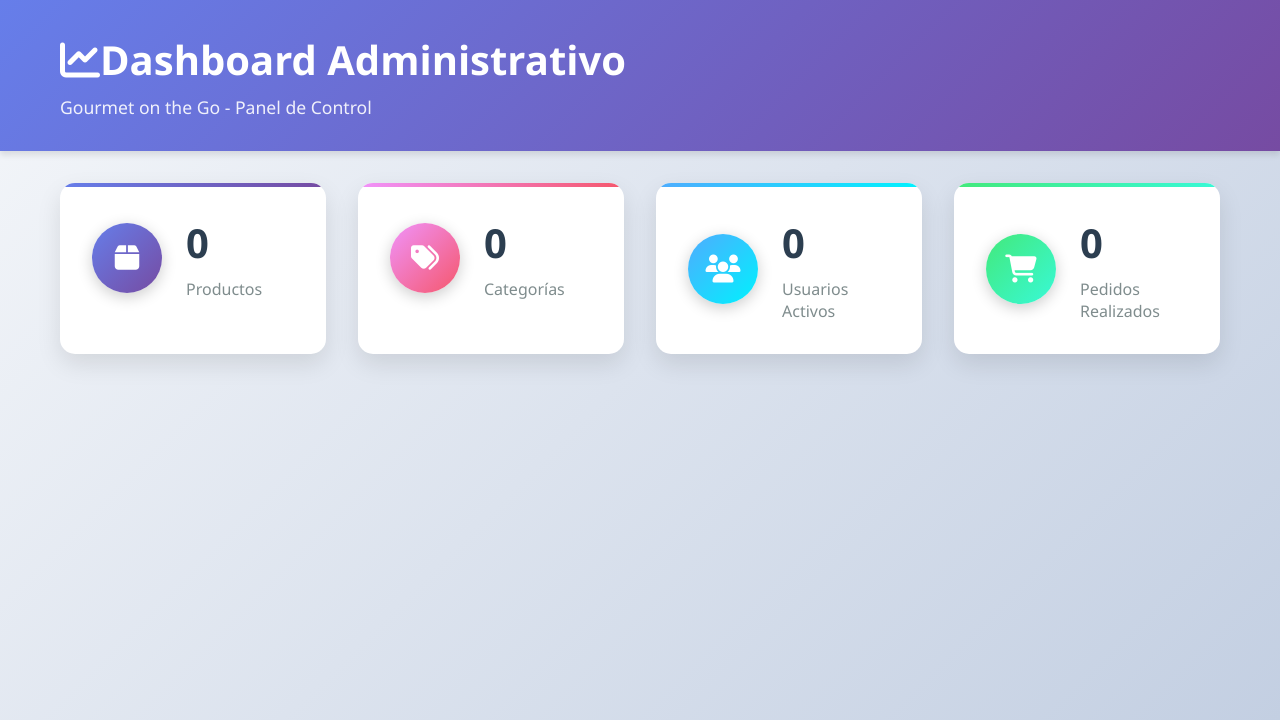
Repository: Kevingedev/Gourmet-on-the-Go
Page: admin/app/dashboard/index.html
The author's editor kept a copy of each file at every save. The page is drawn from the files as they stood at one save, then again after a run of saves.
The browser window is 1280 px wide. The pictures show the whole page.
The page's requests for data from a server got no answer.

Above is the page before, as saved 2026-01-13 13:23:30.

### admin/app/dashboard/index.html
<!DOCTYPE html>
<html lang="es">
<head>
    <meta charset="UTF-8">
    <meta name="viewport" content="width=device-width, initial-scale=1.0">
    <title>Dashboard - Gourmet on the Go</title>
    <link rel="stylesheet" href="https://cdnjs.cloudflare.com/ajax/libs/font-awesome/6.4.0/css/all.min.css">
    <style>
        * {
            margin: 0;
            padding: 0;
            box-sizing: border-box;
        }

        body {
            font-family: 'Segoe UI', Tahoma, Geneva, Verdana, sans-serif;
            background: linear-gradient(135deg, #f5f7fa 0%, #c3cfe2 100%);
            min-height: 100vh;
        }

        .dashboard-header {
            background: linear-gradient(135deg, #667eea 0%, #764ba2 100%);
            color: white;
            padding: 2rem 0;
            margin-bottom: 2rem;
            box-shadow: 0 4px 6px rgba(0,0,0,0.1);
        }

        .container {
            max-width: 1200px;
            margin: 0 auto;
            padding: 0 20px;
        }

        .dashboard-header h1 {
            font-size: 2.5rem;
            font-weight: 700;
            margin-bottom: 0.5rem;
        }

        .dashboard-header p {
            font-size: 1.1rem;
            opacity: 0.9;
        }

        .stats-grid {
            display: grid;
            grid-template-columns: repeat(auto-fit, minmax(250px, 1fr));
            gap: 2rem;
            margin-bottom: 2rem;
        }

        .stat-card {
            background: white;
            border-radius: 15px;
            box-shadow: 0 10px 25px rgba(0,0,0,0.1);
            transition: all 0.3s ease;
            overflow: hidden;
            position: relative;
        }

        .stat-card:hover {
            transform: translateY(-8px);
            box-shadow: 0 15px 35px rgba(0,0,0,0.15);
        }

        .stat-card::before {
            content: '';
            position: absolute;
            top: 0;
            left: 0;
            right: 0;
            height: 4px;
            background: linear-gradient(90deg, var(--gradient-start), var(--gradient-end));
        }

        .stat-body {
            padding: 2rem;
            display: flex;
            align-items: center;
            gap: 1.5rem;
        }

        .stat-icon {
            width: 70px;
            height: 70px;
            border-radius: 50%;
            display: flex;
            align-items: center;
            justify-content: center;
            font-size: 28px;
            color: white;
            flex-shrink: 0;
            box-shadow: 0 4px 15px rgba(0,0,0,0.2);
        }

        .stat-content h3 {
            font-size: 2.5rem;
            font-weight: 700;
            margin-bottom: 0.5rem;
            color: #2c3e50;
        }

        .stat-content p {
            font-size: 1rem;
            color: #7f8c8d;
            margin: 0;
            font-weight: 500;
        }

        .products { --gradient-start: #667eea; --gradient-end: #764ba2; }
        .products .stat-icon { background: linear-gradient(135deg, #667eea 0%, #764ba2 100%); }

        .categories { --gradient-start: #f093fb; --gradient-end: #f5576c; }
        .categories .stat-icon { background: linear-gradient(135deg, #f093fb 0%, #f5576c 100%); }

        .users { --gradient-start: #4facfe; --gradient-end: #00f2fe; }
        .users .stat-icon { background: linear-gradient(135deg, #4facfe 0%, #00f2fe 100%); }

        .orders { --gradient-start: #43e97b; --gradient-end: #38f9d7; }
        .orders .stat-icon { background: linear-gradient(135deg, #43e97b 0%, #38f9d7 100%); }

        .loading {
            text-align: center;
            padding: 3rem;
            background: white;
            border-radius: 15px;
            box-shadow: 0 10px 25px rgba(0,0,0,0.1);
            margin-bottom: 2rem;
        }

        .spinner {
            width: 50px;
            height: 50px;
            border: 4px solid #f3f3f3;
            border-top: 4px solid #667eea;
            border-radius: 50%;
            animation: spin 1s linear infinite;
            margin: 0 auto 1rem;
        }

        @keyframes spin {
            0% { transform: rotate(0deg); }
            100% { transform: rotate(360deg); }
        }

        .error {
            background: #fee;
            color: #c33;
            padding: 1.5rem;
            border-radius: 10px;
            border-left: 4px solid #c33;
            margin-bottom: 2rem;
            display: flex;
            align-items: center;
            gap: 1rem;
        }

        .error i {
            font-size: 1.5rem;
            color: #c33;
        }

        .hidden {
            display: none;
        }

        @media (max-width: 768px) {
            .dashboard-header h1 {
                font-size: 2rem;
            }

            .stats-grid {
                grid-template-columns: 1fr;
                gap: 1.5rem;
            }

            .stat-body {
                padding: 1.5rem;
            }

            .stat-icon {
                width: 60px;
                height: 60px;
                font-size: 24px;
            }

            .stat-content h3 {
                font-size: 2rem;
            }
        }
    </style>
</head>
<body>
    <div class="dashboard-header">
        <div class="container">
            <h1><i class="fas fa-chart-line me-3"></i>Dashboard Administrativo</h1>
            <p class="mb-0">Gourmet on the Go - Panel de Control</p>
        </div>
    </div>

    <div class="container">
        <div class="stats-grid">
            <!-- Products Card -->
            <div class="stat-card products">
                <div class="stat-body">
                    <div class="stat-icon">
                        <i class="fas fa-box"></i>
                    </div>
                    <div class="stat-content">
                        <h3 id="products-count">0</h3>
                        <p>Productos</p>
                    </div>
                </div>
            </div>

            <!-- Categories Card -->
            <div class="stat-card categories">
                <div class="stat-body">
                    <div class="stat-icon">
                        <i class="fas fa-tags"></i>
                    </div>
                    <div class="stat-content">
                        <h3 id="categories-count">0</h3>
                        <p>Categorías</p>
                    </div>
                </div>
            </div>

            <!-- Users Card -->
            <div class="stat-card users">
                <div class="stat-body">
                    <div class="stat-icon">
                        <i class="fas fa-users"></i>
                    </div>
                    <div class="stat-content">
                        <h3 id="users-count">0</h3>
                        <p>Usuarios Activos</p>
                    </div>
                </div>
            </div>

            <!-- Orders Card -->
            <div class="stat-card orders">
                <div class="stat-body">
                    <div class="stat-icon">
                        <i class="fas fa-shopping-cart"></i>
                    </div>
                    <div class="stat-content">
                        <h3 id="orders-count">0</h3>
                        <p>Pedidos Realizados</p>
                    </div>
                </div>
            </div>
        </div>

        <!-- Loading State -->
        <div id="loading" class="loading">
            <div class="spinner"></div>
            <p>Cargando datos del dashboard...</p>
        </div>

        <!-- Error State -->
        <div id="error" class="error hidden">
            <i class="fas fa-exclamation-triangle"></i>
            <span>Error al cargar los datos. Por favor, verifica que el servidor JSON esté corriendo.</span>
        </div>
    </div>

    <script src="https://cdn.jsdelivr.net/npm/bootstrap@5.3.0/dist/js/bootstrap.bundle.min.js"></script>
    <script>
        // API Base URL
        const API_BASE = 'http://localhost:3002';

        // Dashboard data fetching
        async function fetchDashboardData() {
            try {
                // Show loading
                document.getElementById('loading').style.display = 'block';
                document.getElementById('error').classList.add('hidden');

                // Fetch all data
                const [productsRes, categoriesRes, usersRes, ordersRes] = await Promise.all([
                    fetch(`${API_BASE}/products`),
                    fetch(`${API_BASE}/categories`),
                    fetch(`${API_BASE}/users`),
                    fetch(`${API_BASE}/orders`)
                ]);

                // Check if all requests were successful
                if (!productsRes.ok || !categoriesRes.ok || !usersRes.ok) {
                    throw new Error('Error fetching data');
                }

                // Parse JSON data
                const products = await productsRes.json();
                const categories = await categoriesRes.json();
                const users = await usersRes.json();

                // Handle orders (might not exist yet)
                let orders = [];
                if (ordersRes.ok) {
                    orders = await ordersRes.json();
                }

                // Update dashboard counts
                document.getElementById('products-count').textContent = products.length;
                document.getElementById('categories-count').textContent = categories.length;
                document.getElementById('users-count').textContent = users.length;
                document.getElementById('orders-count').textContent = orders.length;

                // Hide loading
                document.getElementById('loading').style.display = 'none';

            } catch (error) {
                console.error('Dashboard Error:', error);
                document.getElementById('loading').style.display = 'none';
                document.getElementById('error').classList.remove('d-none');
            }
        }

        // Initialize dashboard when page loads
        document.addEventListener('DOMContentLoaded', fetchDashboardData);

        // Refresh data every 30 seconds
        setInterval(fetchDashboardData, 30000);
    </script>
</body>
</html>

After the next 2 saves:
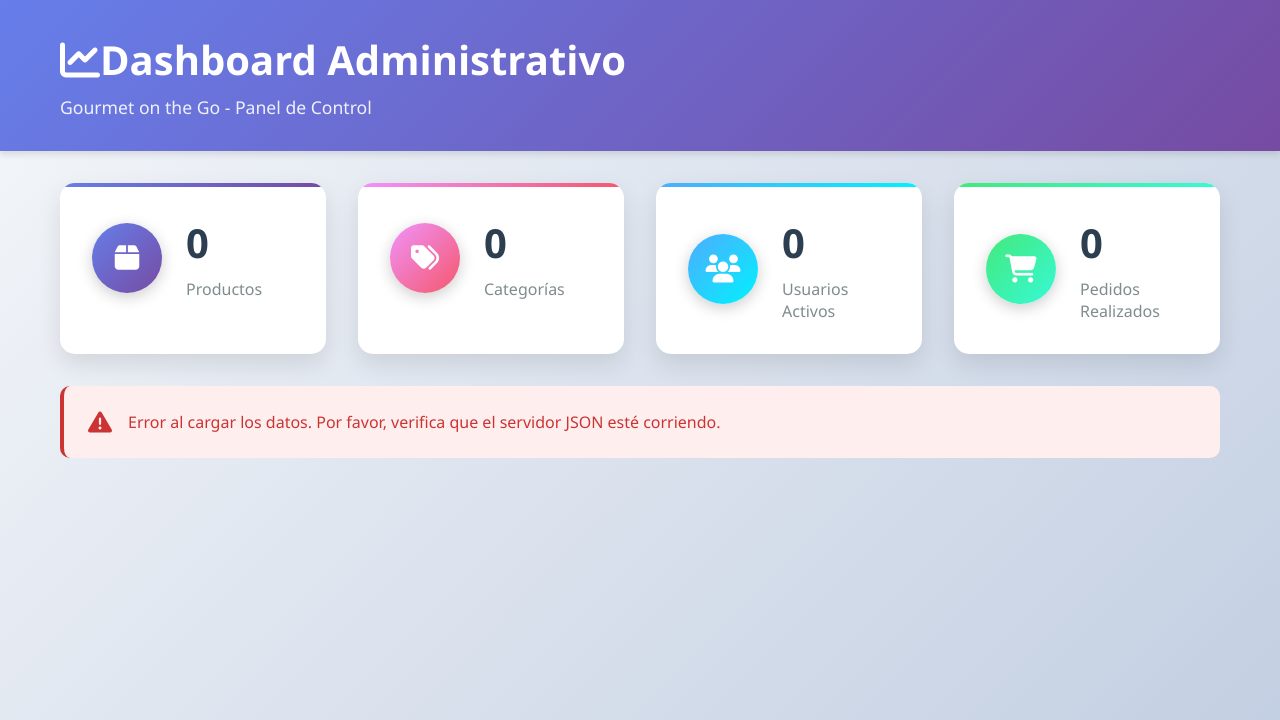
The 2 saves are shown as one change because they came seconds apart.
The last was saved 8 s later.
--- a/admin/app/dashboard/index.html
+++ b/admin/app/dashboard/index.html
@@ -267,7 +267,6 @@
         </div>
     </div>
 
-    <script src="https://cdn.jsdelivr.net/npm/bootstrap@5.3.0/dist/js/bootstrap.bundle.min.js"></script>
     <script>
         // API Base URL
         const API_BASE = 'http://localhost:3002';
@@ -315,7 +314,7 @@
             } catch (error) {
                 console.error('Dashboard Error:', error);
                 document.getElementById('loading').style.display = 'none';
-                document.getElementById('error').classList.remove('d-none');
+                document.getElementById('error').classList.remove('hidden');
             }
         }
 
